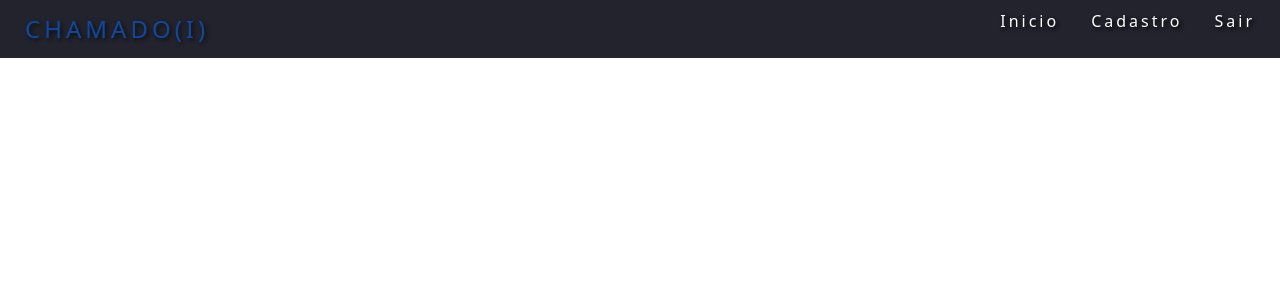
Repository: isaquemc2001/isaque-utilities
Page: index.html
The author's editor kept a copy of each file at every save. The page is drawn from the files as they stood at one save, then again after the next save.
The browser window is 1280 px wide. The pictures show the whole page.

Above is the page before, as saved 2021-10-28 11:48:16.

### index.html
<!DOCTYPE html>
<html lang="pt-br">

<head>
    <meta charset="UTF-8">
    <meta http-equiv="X-UA-Compatible" content="IE=edge">
    <meta name="viewport" content="width=device-width, initial-scale=1.0">
    <title>Chamado</title>
    <script src="https://cdn.jsdelivr.net/npm/bootstrap@5.0.2/dist/js/bootstrap.bundle.min.js"
        integrity="sha384-MrcW6ZMFYlzcLA8Nl+NtUVF0sA7MsXsP1UyJoMp4YLEuNSfAP+JcXn/tWtIaxVXM"
        crossorigin="anonymous"></script>
    <link href="https://cdn.jsdelivr.net/npm/bootstrap@5.0.2/dist/css/bootstrap.min.css" rel="stylesheet"
        integrity="sha384-EVSTQN3/azprG1Anm3QDgpJLIm9Nao0Yz1ztcQTwFspd3yD65VohhpuuCOmLASjC" crossorigin="anonymous">
    <link rel="stylesheet" href="style.css">
</head>

<body>

    <header>
        <nav>
            <a class="logo" href="#">Chamado(i)</a>
            <div class="mobile-menu">
                <div class="line1"></div>
                <div class="line2"></div>
                <div class="line3"></div>
            </div>
            <ul class="nav-list">
                <li><a href="#">Inicio</a></li>
                <li><a href="#">Cadastro</a></li>
                <li><a href="#">Sair</a></li>
            </ul>
        </nav>
    </header>



    <script src="mobile_navbar.js"></script>

</body>

</html>

### style.css
* {
    margin: 0;
    padding: 0;
}

a {
    color: #FFFFFF;
    text-decoration: none;
    transition: 0.3s;
}

a:hover {
    opacity: 0.7;
}

.logo {
    font-size: 24px;
    text-transform: uppercase;
    letter-spacing: 4px;
    padding: 25px;
}

nav {
    display: flex;
    justify-content: space-between;
    align-items: center;
    font-family: system-ui, -apple-system, Helvetica, Arial, sans-serif;
    background: #23232e;
    height: 8vh;
    text-shadow: 2px 2px 4px #000000;
}

main {
    background: url("bg.jpg") no-repeat center center;
    background-size: cover;
    height: 92vh;
}

.nav-list {
    list-style: none;
    display: flex;
    padding: 25px;;
}

.nav-list li {
    letter-spacing: 3px;
    margin-left: 32px;
}

.mobile-menu {
    display: none;
    cursor: pointer;
}

.mobile-menu div {
    width: 32px;
    height: 2px;
    background: #fff;
    margin: 8px;
    transition: 0.3s;
}

@media (max-width: 999px) {
    body {
        overflow-x: hidden;
    }
    .nav-list {
        position: absolute;
        top: 8vh;
        right: 0;
        width: 50vw;
        height: 92vh;
        background: #23232e;
        flex-direction: column;
        align-items: center;
        transform: translate(100%);
        transition: transform 0.3s ease-in;
    }
    .nav-list li {
        margin-left: 0;
        opacity: 0;
        letter-spacing: 3px;
        margin-top: 32px;
    }
    .mobile-menu {
        display: block;
        padding: 25px;
    }
}

.nav-list.active {
    transform: translateX(0);
}

@keyframes navLinkFade {
    from {
        opacity: 0;
        transform: translateX(50px);
    }

    to {
        opacity: 1;
        transform: translateX(0);
    }
}

.mobile-menu.active .line1 {
    transform: rotate(-45deg) translate(-8px, 8px);
}

.mobile-menu.active .line2 {
    opacity: 0;
}

.mobile-menu.active .line3 {
    transform: rotate(45deg) translate(-6px, -6px);
}

### mobile_navbar.js
class MobileNavbar {
    constructor(mobileMenu, navList, navLinks) {
        this.mobileMenu = document.querySelector(mobileMenu);
        this.navList = document.querySelector(navList);
        this.navLinks = document.querySelectorAll(navLinks);
        this.activeClass = "active";

        this.handleClick = this.handleClick.bind(this);
    }

    animateLinks() {
        this.navLinks.forEach((link, index) => {
            link.style.animation
            ? (link.style.animation = "")
            : (link.style.animation = 'navLinkFade 0.5s ease forwards 0.3s');
        });
    }

    handleClick() {
        this.navList.classList.toggle(this.activeClass);
        this.mobileMenu.classList.toggle(this.activeClass);
        this.animateLinks();
    }

    addClickEvent() {
        this.mobileMenu.addEventListener("click", this.handleClick);
    }

    init() {
        if (this.mobileMenu) {
            this.addClickEvent();
        }
        return this;
    }
}

const mobileNavbar = new MobileNavbar(
    ".mobile-menu",
    ".nav-list",
    ".nav-list li",
);

mobileNavbar.init();

After the next save:
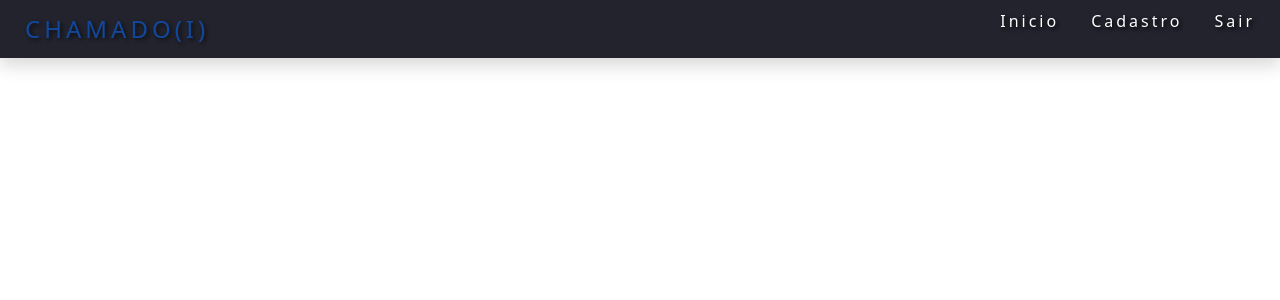
Saved 13 s later.
--- a/index.html
+++ b/index.html
@@ -17,7 +17,7 @@
 <body>
 
     <header>
-        <nav>
+        <nav class="shadow">
             <a class="logo" href="#">Chamado(i)</a>
             <div class="mobile-menu">
                 <div class="line1"></div>
